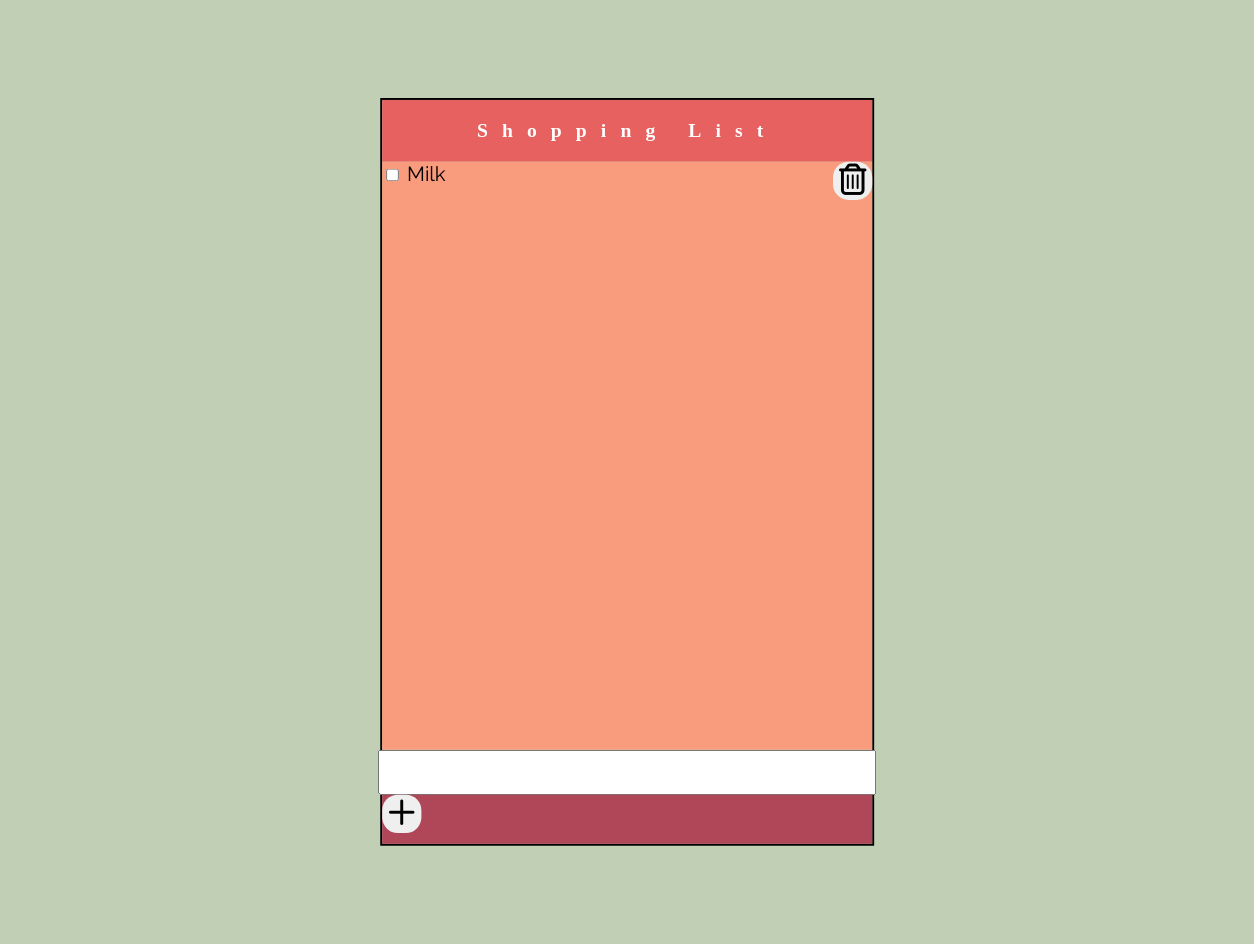
Repository: sephinejo/shopping-list-app
Page: index.html
An editor plug-in stored every save of this project. The page is shown before and after the next save, followed by the edit.
The browser window is 1280 px wide. The pictures show the whole page, at 98% of full size.
Some web fonts or font styles are not loaded; a fallback is used. Some web libraries are served in a nearby version.

Above is the page before, as saved 2023-05-11 22:52:15.

After the next save:
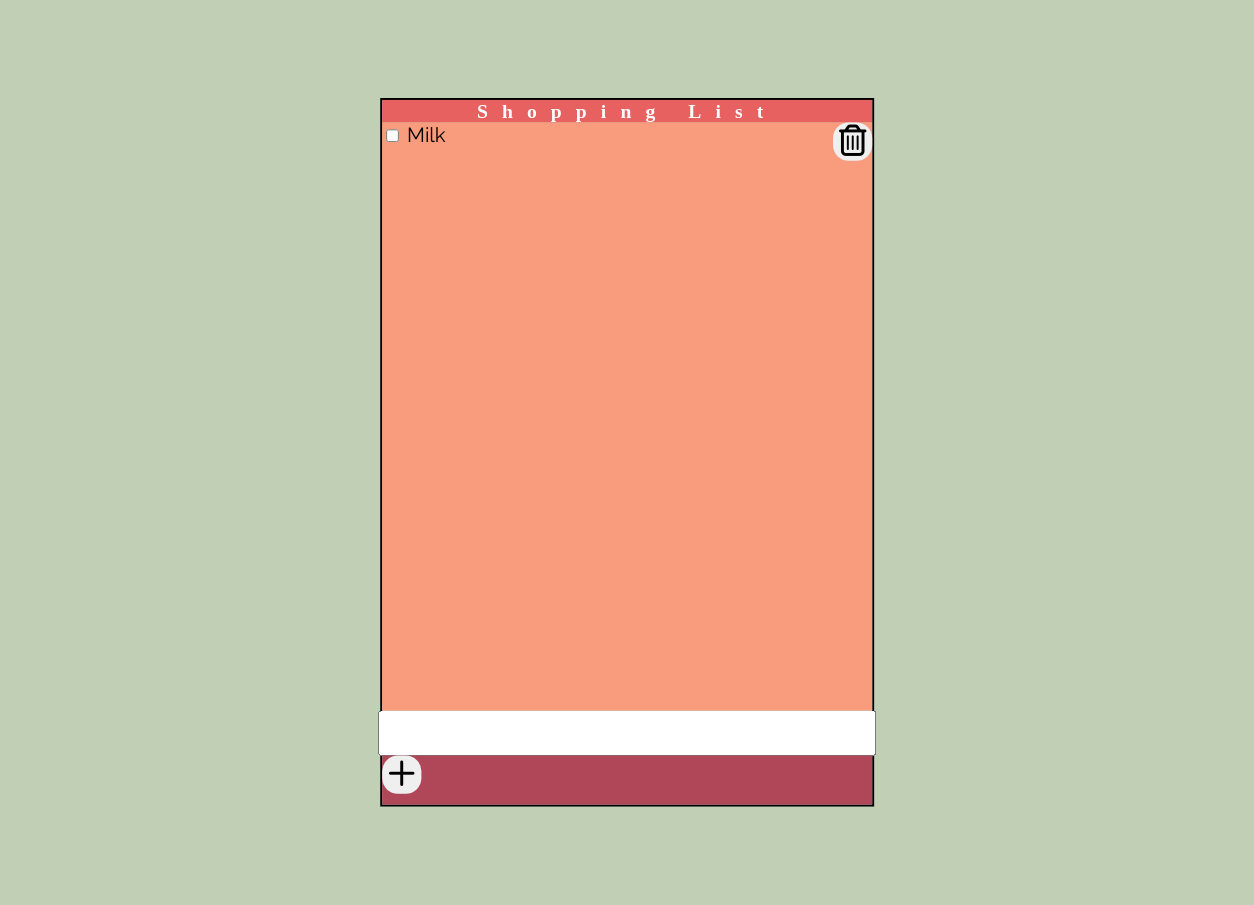
Saved 31 s later.
--- a/index.html
+++ b/index.html
@@ -20,9 +20,7 @@
   </head>
   <body>
     <div class="container">
-      <header>
-        <p class="title">Shopping List</p>
-      </header>
+      <header>Shopping List</header>
       <ul class="items">
         <li class="item">
           <div class="item__title">
